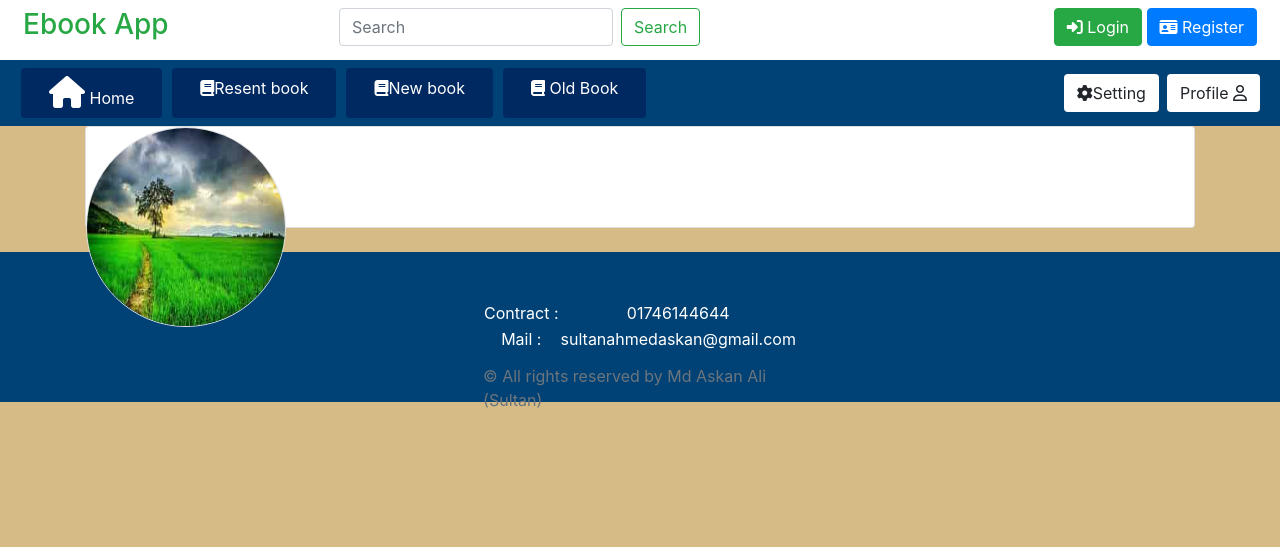
Repository: sultanaskan/EbookApp
Page: http://localhost/ebook/profile.jsp
The author's editor kept a copy of each file at every save. The page is drawn from the files as they stood at one save, then again after the next save.
The browser window is 1280 px wide. The pictures show the whole page.
The page is served by Tomcat 9.

Above is the page before, as saved 2024-05-06 08:01:08.

After the next save:
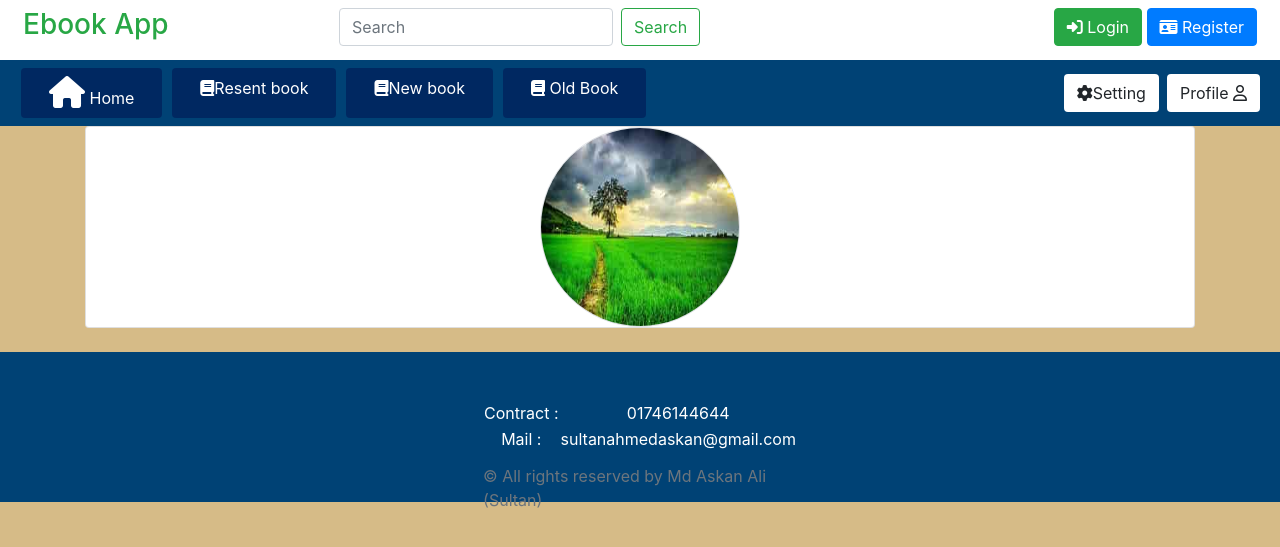
Saved 21 s later.
--- a/ebook/src/main/webapp/profile.jsp
+++ b/ebook/src/main/webapp/profile.jsp
@@ -24,7 +24,7 @@
 	<div class="container">
 		<div class="card text-center">
 
-			<div class="" style="width: 100px; height: 100px;">
+			<div class="" ">
 				<img height="200px" width="200px"
 					class="rounded-circle border w-5 h-5 r " alt=""
 					src="data:[embedded picture, 7115 characters]">
